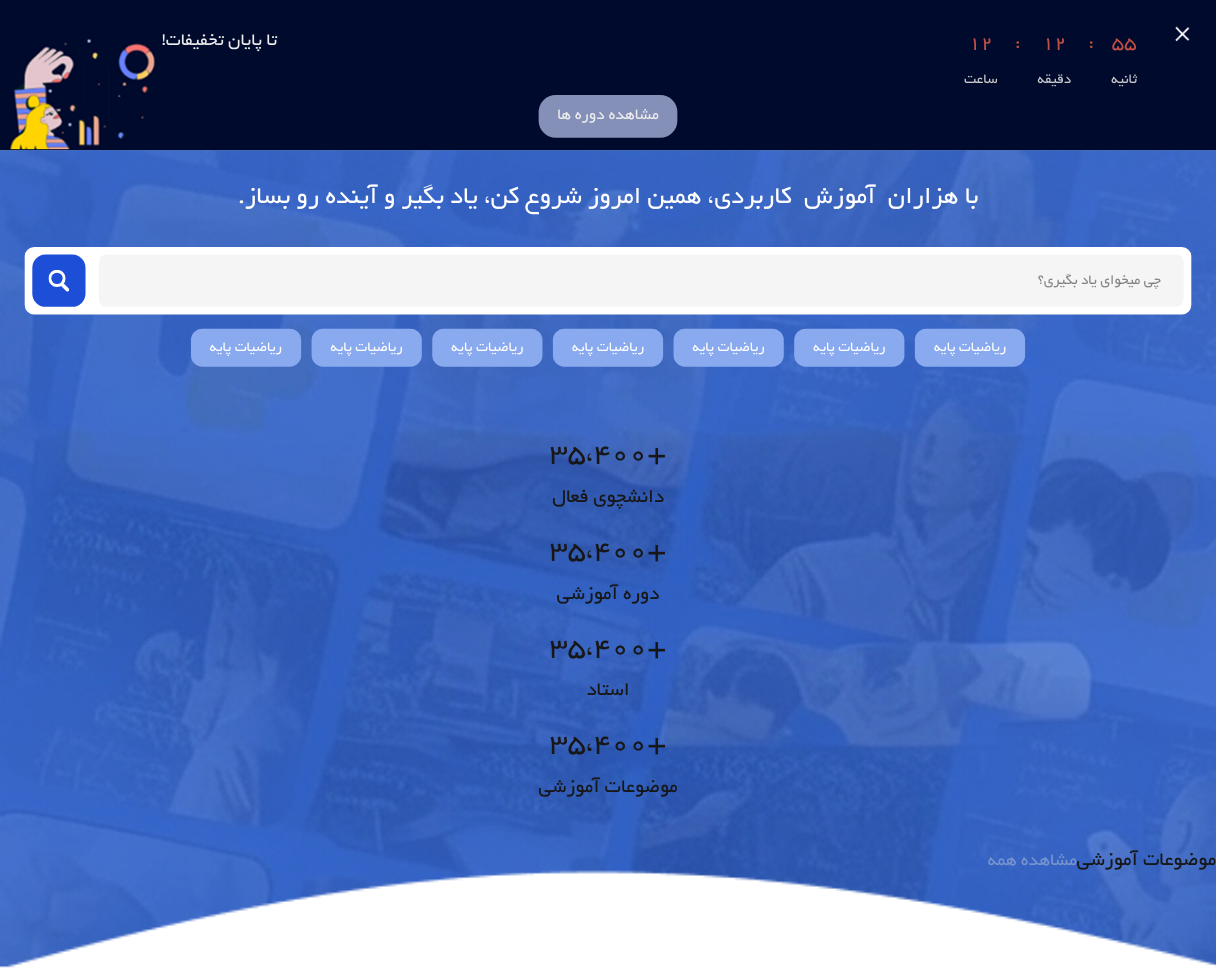
Repository: sinafath/fradars
Page: /
The author's editor kept a copy of each file at every save. The page is drawn from the files as they stood at one save, then again after the next save.
The browser window is 1280 px wide. The pictures show the whole page, at 95% of full size.
The project was rebuilt for these pictures with package versions that can differ from the ones it lists, and the page was loaded fresh each time. The framework's server and built-in components were replaced by stand-ins that run in the browser. Also part of the build but not shown: next.config.ts.

Above is the page before, as saved 2025-09-21 20:23:02.

### src/app/layout.tsx
import type { Metadata } from "next";
import localFont from 'next/font/local'

const myFont = localFont({
  src: '../../public/BYEKAN.ttf',
})
import "./globals.css";

console.log(myFont)

export const metadata: Metadata = {
  title: "Fradars",
  description: "tutoring website",
};

export default function RootLayout({
  children,
}: Readonly<{
  children: React.ReactNode;
}>) {
  return (
    <html lang="fa" dir="rtl" className={myFont.className}>
      <body
      >
        {children}
      </body>
    </html>
  );
}

### src/app/page.tsx
import { Center, Column, Row } from "@/components/core";
import Image from "next/image";

export default function Home() {
  return (
    <div>
      <div className="w-full relative flex justify-center bg-[#000A2D] h-[158px] ">
        <Image
          aria-hidden
          className="absolute left-0"
          src="/1.png"
          alt="File icon"
          width={163}
          height={157}
        />
        <Image
          aria-hidden
          className="absolute top-[28px] start-[28px]"
          src="/2.png"
          alt="File icon"
          width={15}
          height={15}
        />
        <Row className="top-[30px] absolute start-[83px] gap-[18px] h-[58px]" align="start" >
          <Column className="gap-[20px] text-center">
            <span className="text-[22px]  h-[22px]  text-[#BF4F43]">۵۵</span>
            <span className="text-[#C9C9C9] text-[16px]">ثانیه</span>
          </Column >
          <span className="text-[22px] text-[#BF4F43]">:</span>
          <Column className="gap-[20px] text-center">
            <span className="text-[22px] h-[22px]  text-[#BF4F43]">۱۲</span>
            <span className="text-[#C9C9C9] text-[16px]">دقیقه</span>
          </Column >
          <span className="text-[22px] text-[#BF4F43]">:</span>
          <Column className="gap-[20px] text-center">
            <span className="text-[22px] h-[22px]  text-[#BF4F43]">۱۲</span>
            <span className="text-[#C9C9C9] text-[16px]">ساعت</span>
          </Column >

        </Row>
        <p className=" absolute top-[29px] end-[170px] text-[#EDEDED] text-[20px]">تا پایان تخفیفات!</p>
        <button className=" w-[146px] h-[45px] bg-[#8590B8] rounded-[18px] absolute bottom-[13px] text-[18px] text-[#EDEDED]">مشاهده دوره ها</button>
      </div>
      <Column className="relative text-center">
        <h1 className="text-[28px] text-white pt-[30px] px-[62px]"> با هزاران  آموزش‌  کاربردی، همین امروز شروع کن،
          یاد بگیر و آینده رو بساز.</h1>
        <Row className="mt-[30px] w-[calc(100%-52px)] bg-white p-[8px] gap-[14px] h-[71px] mx-[26px] rounded-[10px]" >
          <input type="text" className="bg-[#F5F5F5] flex-1 h-full rounded-[8px] px-[24px] " placeholder="چی میخوای یاد بگیری؟" />
          <Center className="bg-[#1D4ED8] w-[56px] h-full rounded-[14px]">
            <img src="/4.svg" />
          </Center>
        </Row>
        <Row className="flex-wrap gap-x-[11px] gap-y-[15px] mt-[15px] justify-center ">
          <div className="rounded-[12px] text-[16px] px-[20px] py-[8px] bg-[#8AAAF0] text-white"> ریاضیات پایه </div>
          <div className="rounded-[12px] text-[16px] px-[20px] py-[8px] bg-[#8AAAF0] text-white"> ریاضیات پایه </div>
          <div className="rounded-[12px] text-[16px] px-[20px] py-[8px] bg-[#8AAAF0] text-white"> ریاضیات پایه </div>
          <div className="rounded-[12px] text-[16px] px-[20px] py-[8px] bg-[#8AAAF0] text-white"> ریاضیات پایه </div>
          <div className="rounded-[12px] text-[16px] px-[20px] py-[8px] bg-[#8AAAF0] text-white"> ریاضیات پایه </div>
          <div className="rounded-[12px] text-[16px] px-[20px] py-[8px] bg-[#8AAAF0] text-white"> ریاضیات پایه </div>
          <div className="rounded-[12px] text-[16px] px-[20px] py-[8px] bg-[#8AAAF0] text-white"> ریاضیات پایه </div>
        </Row>
        <Image
          aria-hidden
          className="absolute top-0 start-0 w-full z-[-1]"
          src="/3.png"
          alt="File icon"
          width={560}
          height={377}
        />
      </Column>
      <Column className="gap-[17px] text-center pt-[70px] ">
        <Column className="gap-[4px]">
          <div className="text-[32px]"> +۳۵،۴۰۰</div>
          <div className="text-[22px]">دانشچوی فعال</div>
        </Column>
        <Column className="gap-[4px]">
          <div className="text-[32px]">  +۳۵،۴۰۰ </div>
          <div className="text-[22px]"> دوره آموزشی</div>
        </Column>
        <Column className="gap-[4px]">
          <div className="text-[32px]"> +۳۵،۴۰۰</div>
          <div className="text-[22px]"> استاد</div>
        </Column>
        <Column className="gap-[4px]">
          <div className="text-[32px]"> +۳۵،۴۰۰</div>
          <div className="text-[22px]"> موضوعات آموزشی</div>
        </Column>
      </Column>
      <Row justify="around " className="mt-[44px] mb-[26px]">
        <h3 className="text-[22px] ">موضوعات آموزشی</h3>
        <p className="text-[20px] text-[#7894CE]"> مشاهده همه</p>
      </Row>
    </div>
  );
}

### src/app/globals.css

@import "tailwindcss";

:root {
  --background: #ffffff;
  --foreground: #171717;
}

@theme inline {
  --color-background: var(--background);
  --color-foreground: var(--foreground);
}
@layer base {
  *{
    @apply box-border; /* Ensures box-sizing: border-box */
  }
}
@media (prefers-color-scheme: dark) {
  :root {
    --background: #0a0a0a;
    --foreground: #ededed;
  }
}


body {
  background: var(--background);
  color: var(--foreground);
  font-weight: normal;
}

### src/components/core.tsx
import { cn } from "@/lib/utils";
import { ReactNode } from "react";

type AlignItems = 'start' | 'center' | 'end' | 'baseline' | 'stretch';
type JustifyContent = 'start' | 'center' | 'end' | 'between' | 'around' | 'evenly';

interface FlexProps {
    children?: ReactNode;
    className?: string;
    align?: AlignItems;
    justify?: JustifyContent;
}

const alignClasses: Record<AlignItems, string> = {
    start: 'items-start',
    center: 'items-center',
    end: 'items-end',
    baseline: 'items-baseline',
    stretch: 'items-stretch',
};

const justifyClasses: Record<JustifyContent, string> = {
    start: 'justify-start',
    center: 'justify-center',
    end: 'justify-end',
    between: 'justify-between',
    around: 'justify-around',
    evenly: 'justify-evenly',
};

interface CenterProps {
    children: ReactNode;
    className?: string;
}

function Center({ children, className }: CenterProps) {
    return (
        <div className={cn('flex items-center justify-center', className)}>
            {children}
        </div>
    );
}

function Row({
    children,
    className,
    align = 'center',
    justify = 'start',
    ...props
}: FlexProps) {
    return (
        <div
            className={cn('flex flex-row', alignClasses[align], justifyClasses[justify], className)}
            {...props}
        >
            {children}
        </div>
    );
}

function Column({
    children,
    className,
    align = 'center',
    justify = 'start',
    ...props
}: FlexProps) {
    return (
        <div
            className={cn('flex flex-col', alignClasses[align], justifyClasses[justify], className)}
            {...props}
        >
            {children}
        </div>
    );
}

export { Column, Center, Row };

Loaded but not shown: src/lib/utils.ts (common file)

After the next save:
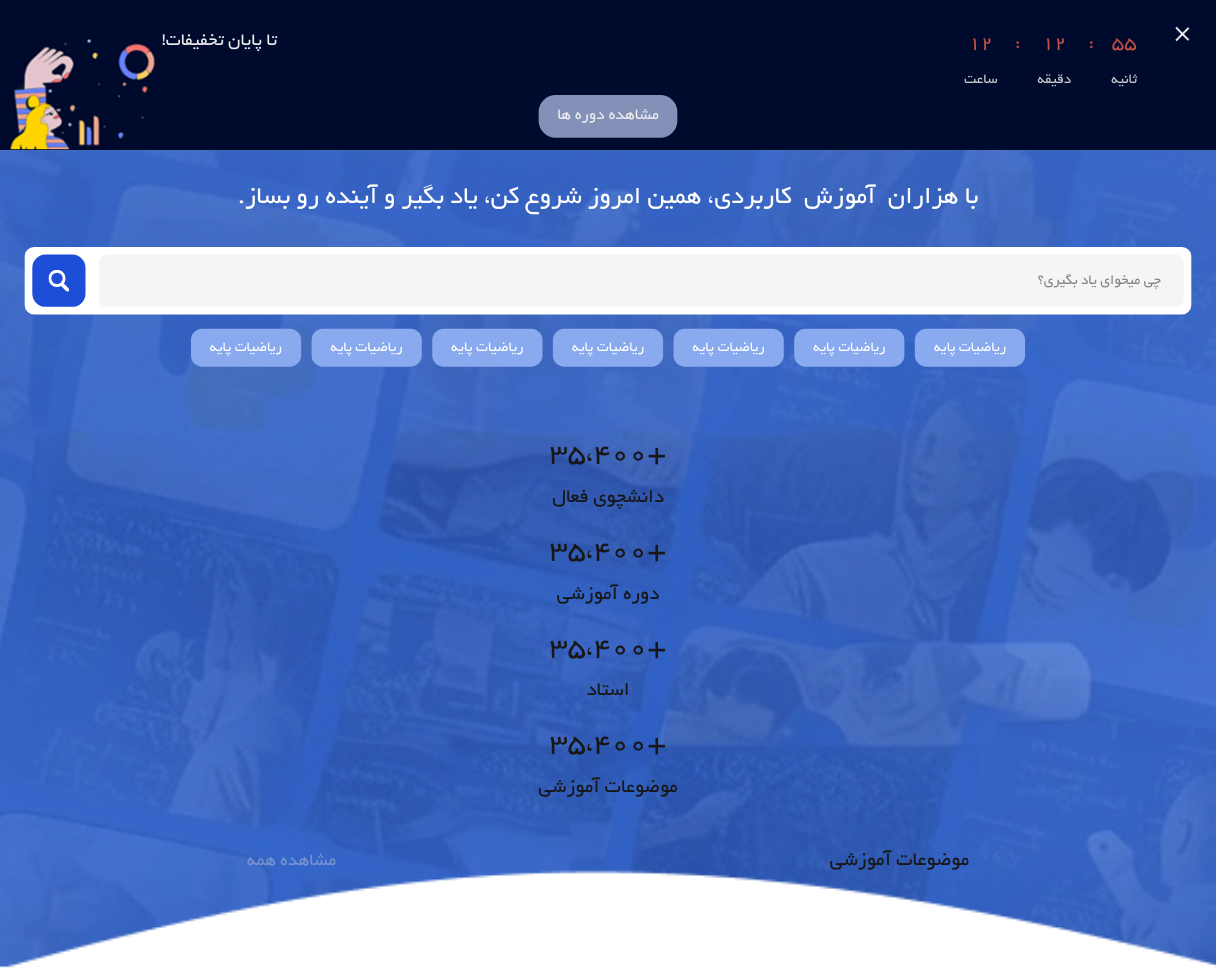
Saved 4 s later.
--- a/src/app/page.tsx
+++ b/src/app/page.tsx
@@ -86,7 +86,7 @@
           <div className="text-[22px]"> موضوعات آموزشی</div>
         </Column>
       </Column>
-      <Row justify="around " className="mt-[44px] mb-[26px]">
+      <Row justify="around" className="mt-[44px] mb-[26px]">
         <h3 className="text-[22px] ">موضوعات آموزشی</h3>
         <p className="text-[20px] text-[#7894CE]"> مشاهده همه</p>
       </Row>
